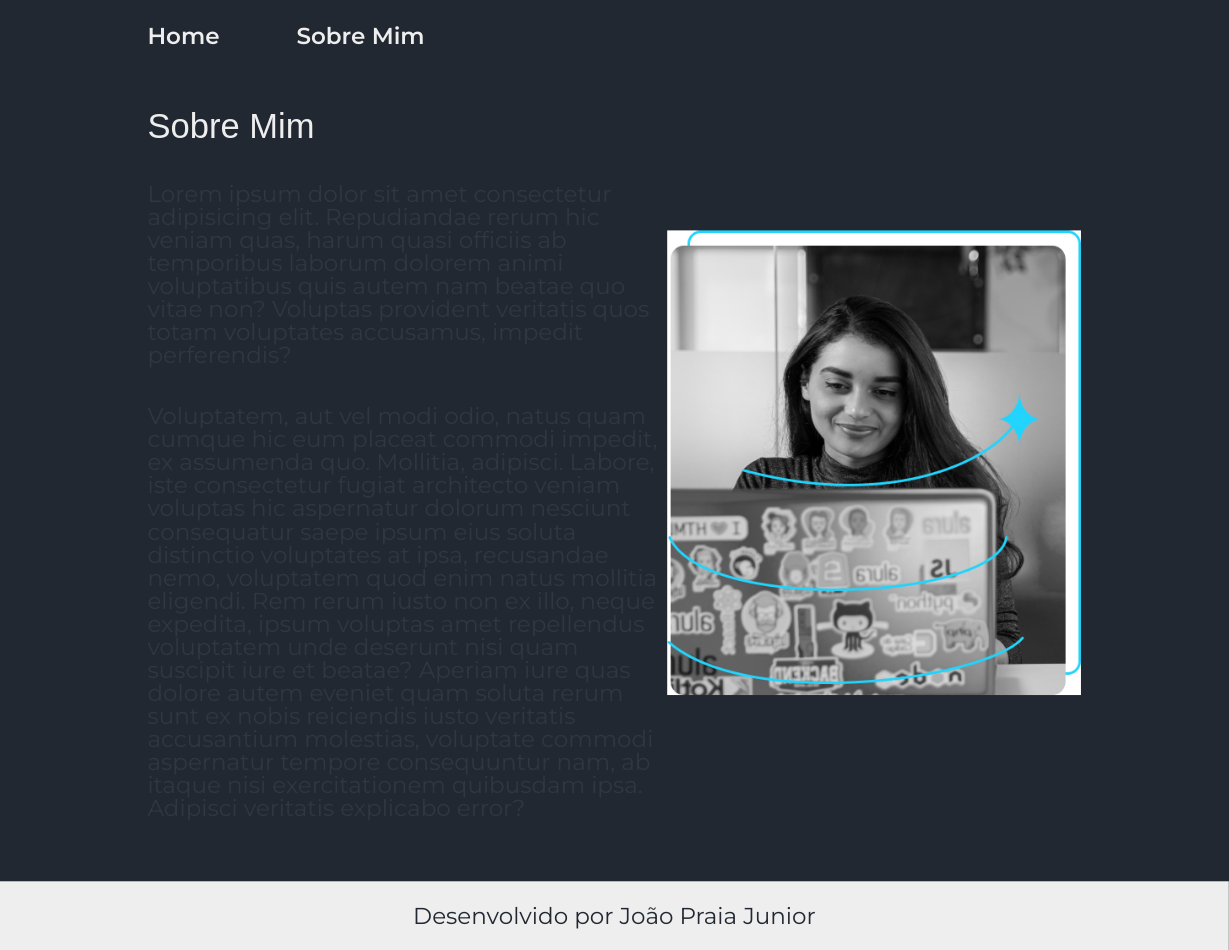
Repository: joaoPraiaJunior/html-basico
Page: about.html
The author's editor kept a copy of each file at every save. The page is drawn from the files as they stood at one save, then again after the next save.
The browser window is 1280 px wide. The pictures show the whole page, at 96% of full size.
Some web fonts or font styles are not loaded; a fallback is used. Some web libraries are served in a nearby version.

Above is the page before, as saved 2024-06-06 22:10:58.

### about.html
<!DOCTYPE html>
<html lang="pt-BR" dir="ltr">
  <head>
    <meta charset="UTF-8" />
    <meta http-equiv="X-UA-Compatible" content="IE=edge" />
    <meta name="viewport" content="width=device-width, initial-scale=1.0" />
    <title>Sobre Mim</title>
    <link rel="stylesheet" href="css/reset.css" />
    <link rel="stylesheet" href="css/style.css" />
  </head>
  <body>
    <header class="cabecalho">
      <nav class="cabecalho__menu">
        <a class="cabecalho__link" href="index.html">Home</a>
        <a class="cabecalho__link" href="about.html">Sobre Mim</a>
      </nav>
    </header>

    <main class="apresentacao">
      <section class="apresentacao__conteudo">
        <h1 class="apresentacao__titulo">Sobre Mim</h1>
        <p class="apresentacao__texto">
          Lorem ipsum dolor sit amet consectetur adipisicing elit. Repudiandae
          rerum hic veniam quas, harum quasi officiis ab temporibus laborum
          dolorem animi voluptatibus quis autem nam beatae quo vitae non?
          Voluptas provident veritatis quos totam voluptates accusamus, impedit
          perferendis?
        </p>
        <p class="apresentacao__texto">
          Voluptatem, aut vel modi odio, natus quam cumque hic eum placeat
          commodi impedit, ex assumenda quo. Mollitia, adipisci. Labore, iste
          consectetur fugiat architecto veniam voluptas hic aspernatur dolorum
          nesciunt consequatur saepe ipsum eius soluta distinctio voluptates at
          ipsa, recusandae nemo, voluptatem quod enim natus mollitia eligendi.
          Rem rerum iusto non ex illo, neque expedita, ipsum voluptas amet
          repellendus voluptatem unde deserunt nisi quam suscipit iure et
          beatae? Aperiam iure quas dolore autem eveniet quam soluta rerum sunt
          ex nobis reiciendis iusto veritatis accusantium molestias, voluptate
          commodi aspernatur tempore consequuntur nam, ab itaque nisi
          exercitationem quibusdam ipsa. Adipisci veritatis explicabo error?
        </p>
      </section>
      <section class="apresentacao__imagem">
        <img src="images/Imagem.jpg" alt="foto da joana santos programando!" />
      </section>
    </main>

    <footer class="rodape"><p>Desenvolvido por João Praia Junior</p></footer>
  </body>
  <script
    src="https://kit.fontawesome.com/c4ee7a6e8c.js"
    crossorigin="anonymous"
  ></script>
</html>

### css/reset.css
/* http://meyerweb.com/eric/tools/css/reset/
   v2.0 | 20110126
   License: none (public domain)
*/

* {
    box-sizing: border-box;
}

html, body, div, span, applet, object, iframe,
h1, h2, h3, h4, h5, h6, p, blockquote, pre,
a, abbr, acronym, address, big, cite, code,
del, dfn, em, img, ins, kbd, q, s, samp,
small, strike, strong, sub, sup, tt, var,
b, u, i, center,
dl, dt, dd, ol, ul, li,
fieldset, form, label, legend,
table, caption, tbody, tfoot, thead, tr, th, td,
article, aside, canvas, details, embed,
figure, figcaption, footer, header, hgroup,
menu, nav, output, ruby, section, summary,
time, mark, audio, video {
	margin: 0;
	padding: 0;
	border: 0;
	font: inherit;
	vertical-align: baseline;
}
/* HTML5 display-role reset for older browsers */
article, aside, details, figcaption, figure,
footer, header, hgroup, menu, nav, section {
	display: block;
}
body {
	line-height: 1;
}
ol, ul {
	list-style: none;
}
blockquote, q {
	quotes: none;
}
blockquote:before, blockquote:after,
q:before, q:after {
	content: '';
	content: none;
}
table {
	border-collapse: collapse;
	border-spacing: 0;
}

### css/style.css
@import url('https://fonts.googleapis.com/css2?family=Krona+One&family=Montserrat:wght@400;600&display=swap');

:root {
  --cor-primaria: #222831;
  --cor-secundaria: #31363F;
  --cor-terciaria: #EEEEEE;
  --cor-hover: #76ABAE;

  --fonte-primaria: 'Krona One', sans-serif;
  --font-secundaria: 'Montserrat', sans-serif;
}

html {
  font-size: 62.5%;
}

body {
  color: var(--cor-secundaria);
  background-color: var(--cor-primaria);
  font-size: 1.6rem;
}

.cabecalho {
  padding: 2% 0 0 12%;
}

.cabecalho__menu {
  display: flex;
  column-gap: 80px;
}

.cabecalho__link {
  font-family: 'Montserrat', sans-serif;
  font-size: 2.4rem;
  font-weight: 600;
  text-decoration: none;
  color: var(--cor-terciaria);
}

.apresentacao {
  padding: 5% 12%;
  display: flex;
  justify-content: space-between;
  align-items: center;
}

.apresentacao__conteudo {
  display:flex;
  flex-direction: column;
  width: 615px;
  gap: 40px;
}

.apresentacao__titulo {
  color: var(--cor-terciaria);
  font-family: var(--fonte-primaria);
  font-size: 3.6rem;
}

.apresentacao__subtitulo{
  font-family: var(--fonte-primaria);
  font-size: 2.4rem;
  font-weight: 400;
}

.apresentacao__texto {
  font-family: var(--font-secundaria);
  font-size: 2.4rem;
}

.apresentacao__links {
  display: flex;
  flex-direction: column;
  justify-content: space-between;
  align-items: center;
  row-gap: 32px;
}

.apresentacao__link {
  display:flex;
  justify-content: center;
  column-gap: 8px;
  color: var(--cor-primaria);
  background-color: var(--cor-terciaria);
  font-family: var(--font-secundaria);
  font-size: 2.4rem;
  font-weight: 600;
  padding: 21.5px 0;
  width: 378px;
  border-radius: 8px;
  text-align: center;
  text-decoration: none;
}

.apresentacao__link--transparente {
  color: var(--cor-secundaria);
  background-color: transparent;
  border: 2px solid var(--cor-terciaria);
  transition: all .5s ease-in-out;
}

.apresentacao__link--transparente:hover {
  background-color: var(--cor-hover)
}

.apresentacao__link--transparente .fa-brands {
  transition: color .5s ease-in-out;
}

.apresentacao__link--transparente:hover .fa-brands {
  color: var(--cor-terciaria);
}

.apresentacao__imagem img {
  max-width: 100%;
}

.rodape {
  font-family: var(--font-secundaria);
  font-size: 2.4rem;
  font-weight: 400;
  color: var(--cor-primaria);
  background-color: var(--cor-terciaria);
  padding: 24px;
  text-align: center;
}

After the next save:
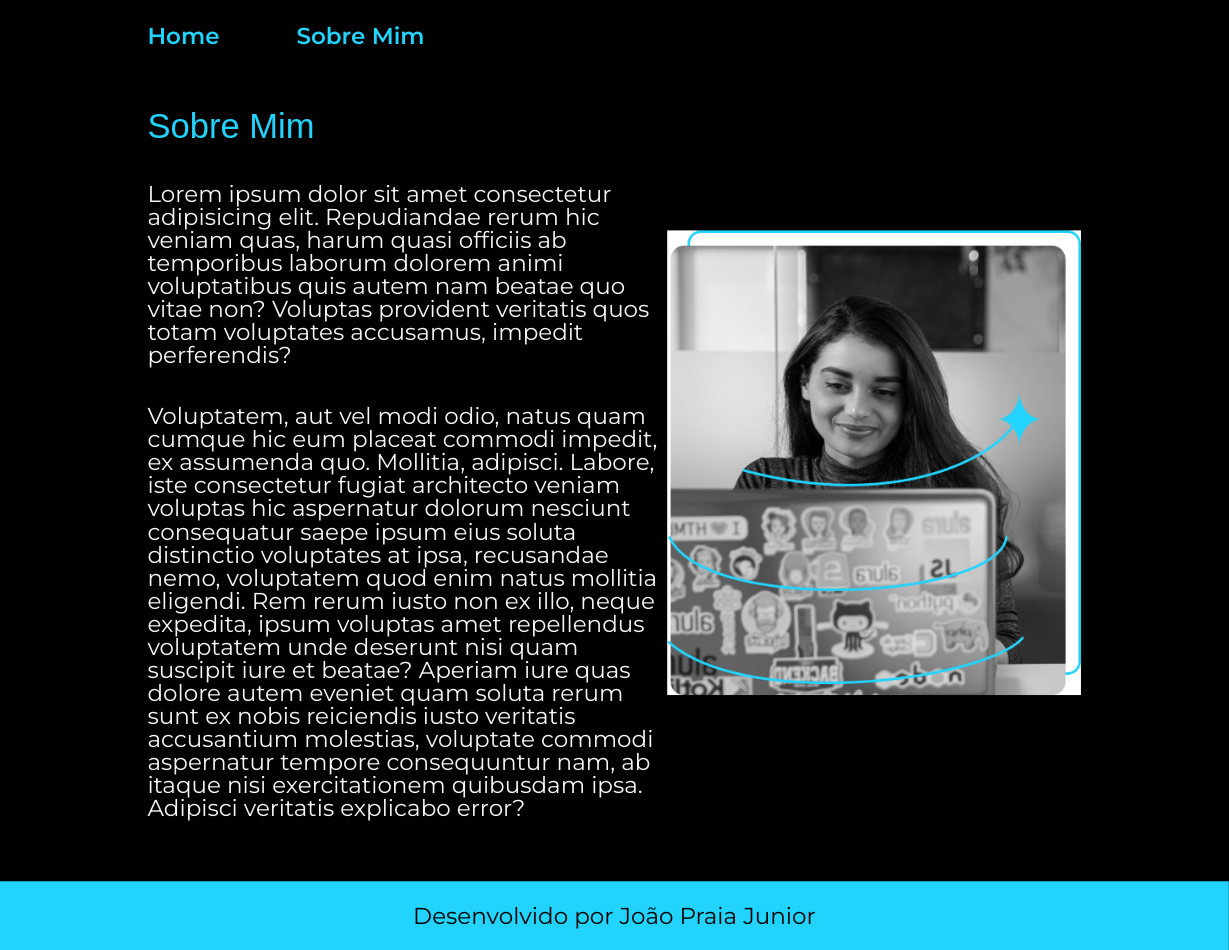
Saved 31 s later.
--- a/css/style.css
+++ b/css/style.css
@@ -1,10 +1,10 @@
 @import url('https://fonts.googleapis.com/css2?family=Krona+One&family=Montserrat:wght@400;600&display=swap');
 
 :root {
-  --cor-primaria: #222831;
-  --cor-secundaria: #31363F;
-  --cor-terciaria: #EEEEEE;
-  --cor-hover: #76ABAE;
+  --cor-primaria: #000;
+  --cor-secundaria: #f6f6f6;
+  --cor-terciaria: #22d4fd;
+  --cor-hover: #272727;
 
   --fonte-primaria: 'Krona One', sans-serif;
   --font-secundaria: 'Montserrat', sans-serif;
